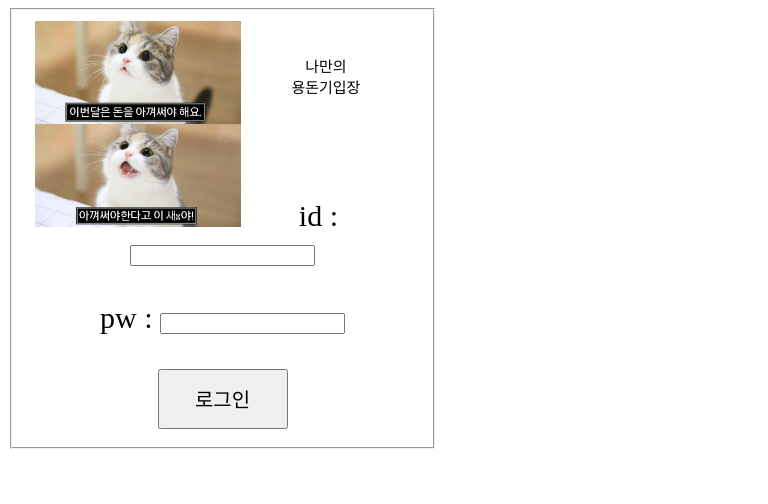
Repository: hus0124/M-IT
Page: JSP_Workspaces/pocketMoneyDiary/WebContent/index.html
An editor plug-in stored every save of this project. The page is shown before and after the next save, followed by the edit.
The browser window is 768 px wide. The pictures show the whole page.

Above is the page before, as saved 2020-01-03 00:14:51.

After the next save:
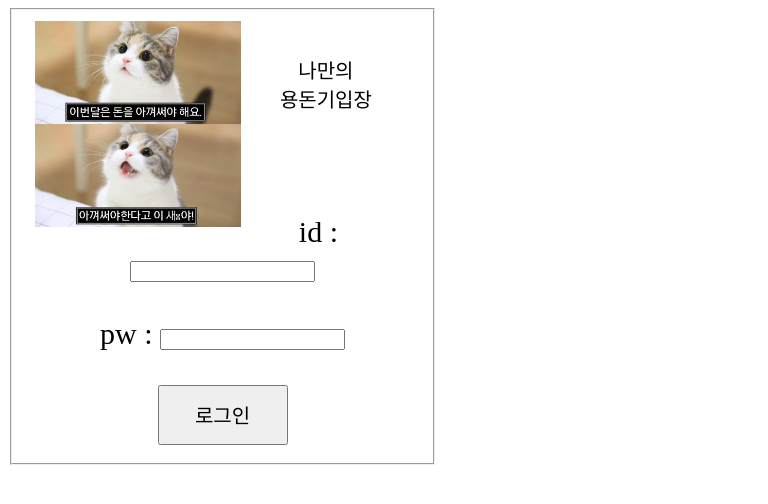
Saved 7 s later.
--- a/JSP_Workspaces/pocketMoneyDiary/WebContent/index.html
+++ b/JSP_Workspaces/pocketMoneyDiary/WebContent/index.html
@@ -6,7 +6,7 @@
 <style>
 body {font-size:30px}
 @media (max-width:800px){
-#title {font-size:15px }
+#title {font-size:20px }
 
 }
 </style>
